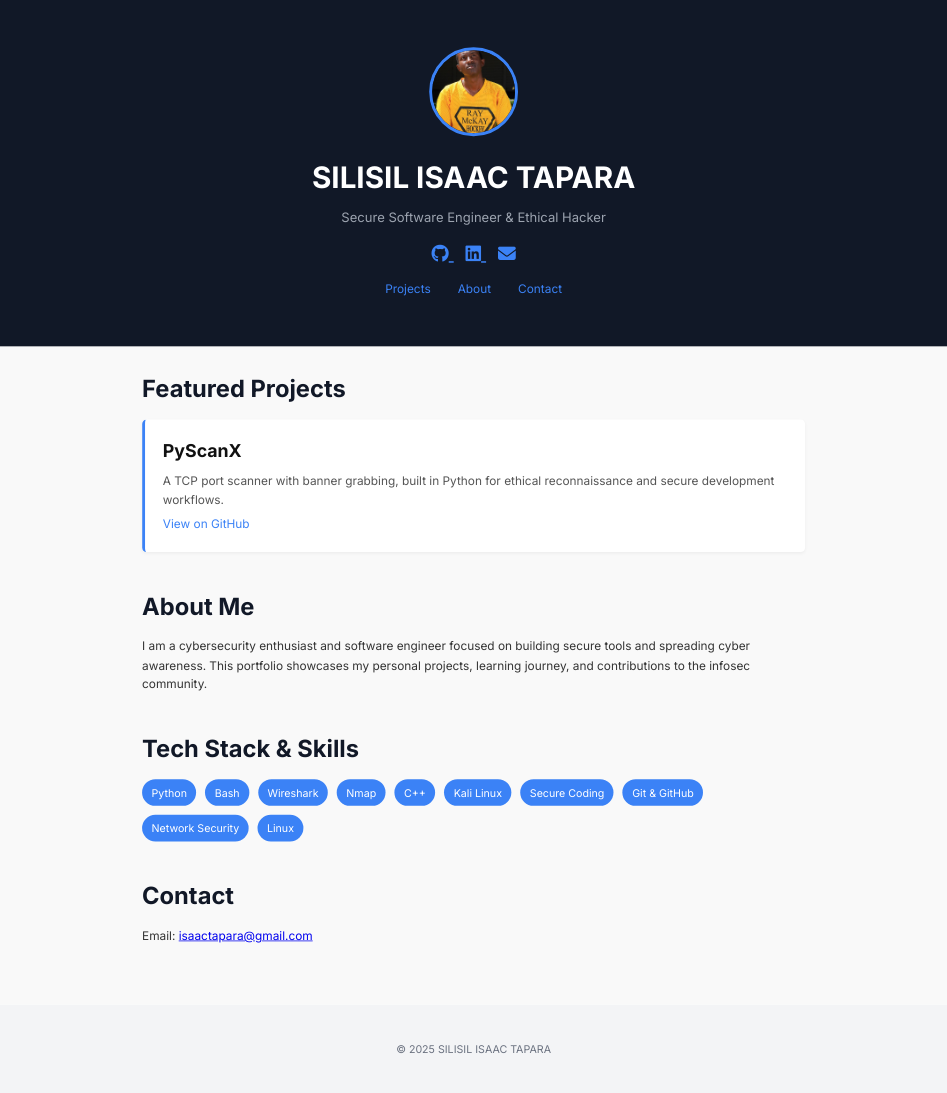
Repository: isaactapara/isaactapara.github.io
Page: index.html
The author's editor kept a copy of each file at every save. The page is drawn from the files as they stood at one save, then again after the next save.
The browser window is 1280 px wide. The pictures show the whole page, at 74% of full size.
Some web libraries are served in a nearby version.

Above is the page before, as saved 2025-07-17 10:35:55.

After the next save:
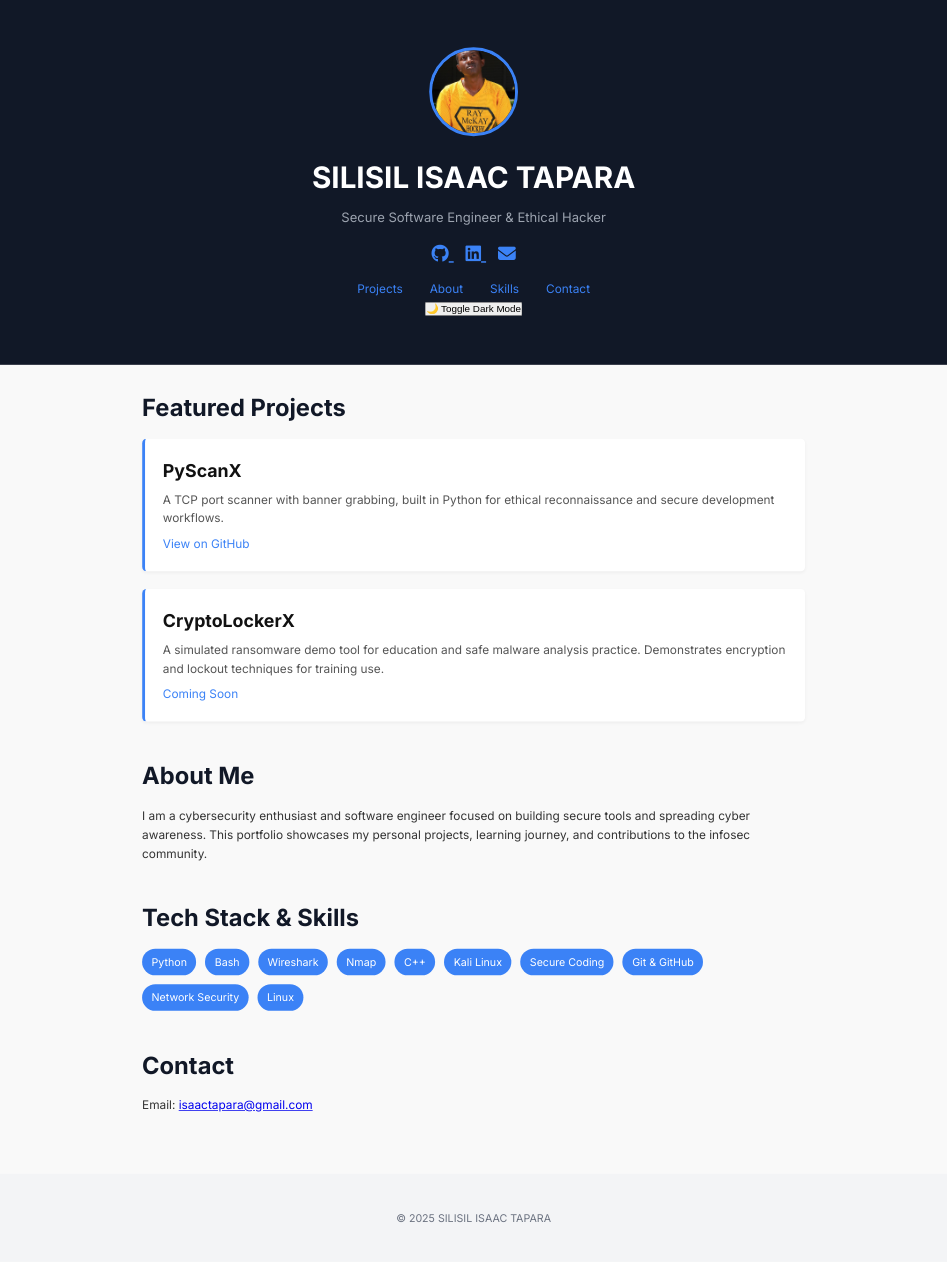
Saved 2 min 17 s later.
--- a/index.html
+++ b/index.html
@@ -30,18 +30,28 @@
       <nav>
         <a href="#projects">Projects</a>
         <a href="#about">About</a>
+        <a href="#skills">Skills</a>
         <a href="#contact">Contact</a>
       </nav>
+
+      <button id="darkModeToggle">🌙 Toggle Dark Mode</button>
     </div>
   </header>
 
   <main class="container">
     <section id="projects">
       <h2>Featured Projects</h2>
+
       <div class="project-card">
         <h3>PyScanX</h3>
         <p>A TCP port scanner with banner grabbing, built in Python for ethical reconnaissance and secure development workflows.</p>
         <a href="https://github.com/isaactapara/PyScanx" target="_blank">View on GitHub</a>
+      </div>
+
+      <div class="project-card">
+        <h3>CryptoLockerX</h3>
+        <p>A simulated ransomware demo tool for education and safe malware analysis practice. Demonstrates encryption and lockout techniques for training use.</p>
+        <a href="#">Coming Soon</a>
       </div>
     </section>
 
@@ -49,21 +59,22 @@
       <h2>About Me</h2>
       <p>I am a cybersecurity enthusiast and software engineer focused on building secure tools and spreading cyber awareness. This portfolio showcases my personal projects, learning journey, and contributions to the infosec community.</p>
     </section>
-<section id="skills">
-  <h2>Tech Stack & Skills</h2>
-  <div class="skills-grid">
-    <span>Python</span>
-    <span>Bash</span>
-    <span>Wireshark</span>
-    <span>Nmap</span>
-    <span>C++</span>
-    <span>Kali Linux</span>
-    <span>Secure Coding</span>
-    <span>Git & GitHub</span>
-    <span>Network Security</span>
-    <span>Linux</span>
-  </div>
-</section>
+
+    <section id="skills">
+      <h2>Tech Stack & Skills</h2>
+      <div class="skills-grid">
+        <span>Python</span>
+        <span>Bash</span>
+        <span>Wireshark</span>
+        <span>Nmap</span>
+        <span>C++</span>
+        <span>Kali Linux</span>
+        <span>Secure Coding</span>
+        <span>Git & GitHub</span>
+        <span>Network Security</span>
+        <span>Linux</span>
+      </div>
+    </section>
 
     <section id="contact">
       <h2>Contact</h2>
@@ -76,5 +87,12 @@
       <p>&copy; 2025 SILISIL ISAAC TAPARA</p>
     </div>
   </footer>
+
+  <script>
+    const toggle = document.getElementById('darkModeToggle');
+    toggle.addEventListener('click', () => {
+      document.body.classList.toggle('dark-mode');
+    });
+  </script>
 </body>
 </html>
